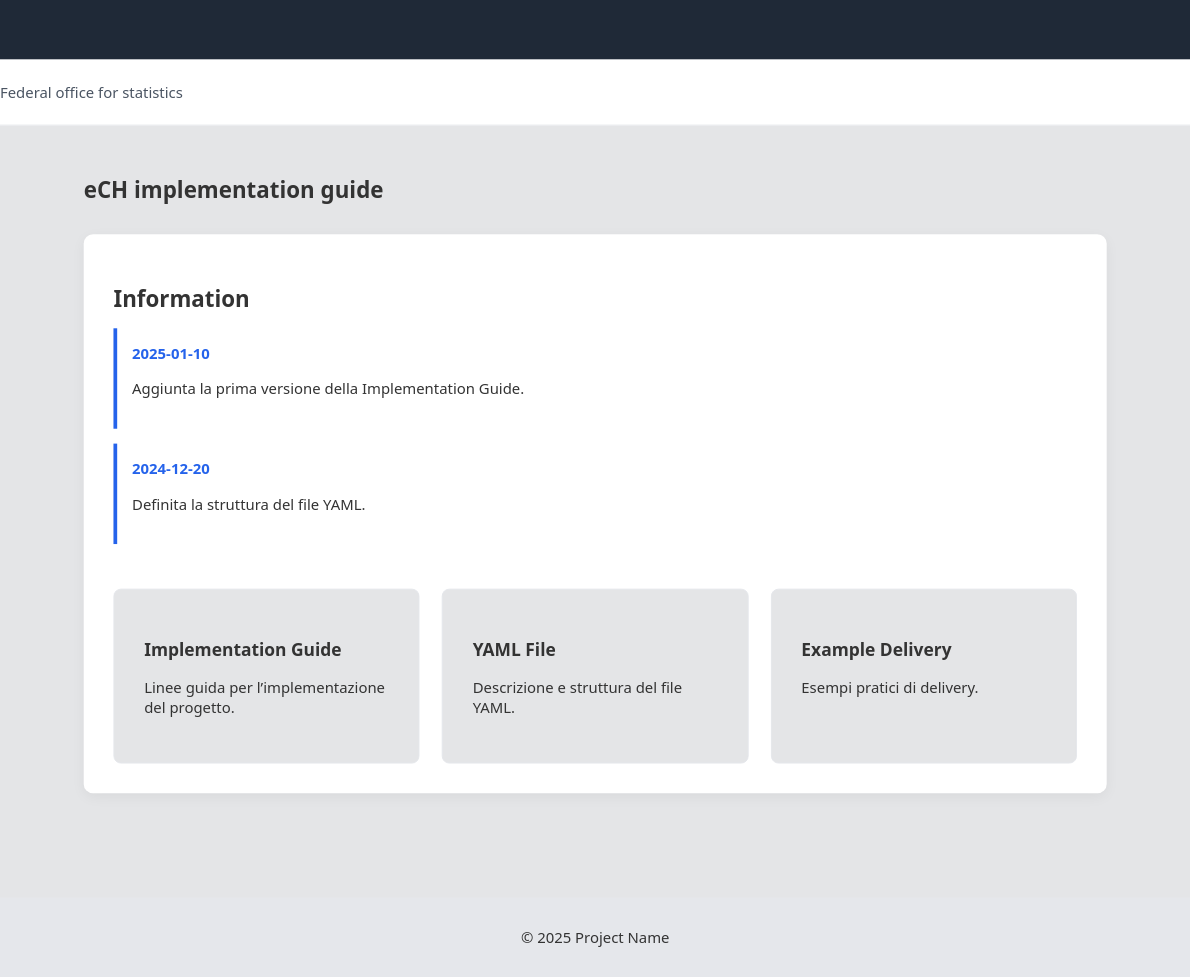
Repository: bfspoku/ech-0252-docs
Page: index.html
An editor plug-in stored every save of this project. The page is shown before and after the next save, followed by the edit.
The browser window is 1280 px wide. The pictures show the whole page, at 93% of full size.

Above is the page before, as saved 2025-12-16 15:41:56.

### index.html
<!-- LINK FOR FONTS -->
<link rel="preconnect" href="https://fonts.googleapis.com">
<link rel="preconnect" href="https://fonts.gstatic.com" crossorigin>
<link href="https://fonts.googleapis.com/css2?family=Noto+Sans:ital,wght@0,400;0,600;0,700;1,400&display=swap" rel="stylesheet">
<!-- LINK FOR SVG -->
<link rel="stylesheet" href="https://cdnjs.cloudflare.com/ajax/libs/font-awesome/6.5.0/css/all.min.css">

<!DOCTYPE html>
<html lang="it">
<head>
  <meta charset="UTF-8">
  <title>eCH implementation guide</title>
  <link rel="stylesheet" href="css/style.css">
</head>
<body>

<header>

</header>

<section class="sub-banner">
      <p>Federal office for statistics</p>
</section>


<main>
    <h2>eCH implementation guide</h2>
    <section class = "wrapper">
    <!-- INFORMATION -->
    <section class="information">
        <h2>Information</h2>

        <ul class="updates">
        <li>
            <span class="date">2025-01-10</span>
            <p>Aggiunta la prima versione della Implementation Guide.</p>
        </li>
        <li>
            <span class="date">2024-12-20</span>
            <p>Definita la struttura del file YAML.</p>
        </li>
        </ul>
    </section>

    <!-- CARDS -->
    <section class="cards">
        <a class="card" href="implementation-guide.html">
        <h3>Implementation Guide</h3>
        <p>Linee guida per l’implementazione del progetto.</p>
        </a>

        <a class="card" href="yaml-file.html">
        <h3>YAML File</h3>
        <p>Descrizione e struttura del file YAML.</p>
        </a>

        <a class="card" href="example-delivery.html">
        <h3>Example Delivery</h3>
        <p>Esempi pratici di delivery.</p>
        </a>
    </section>

    </section>

</main>

<footer>
  <p>© 2025 Project Name</p>
</footer>

</body>
</html>

### css/style.css
body {
    font-family: 'Noto Sans', system-ui, -apple-system, BlinkMacSystemFont,
    'Segoe UI', Roboto, Ubuntu, Cantarell, 'Helvetica Neue',
    Arial, sans-serif;
    margin: 0;
    background: #e4e5e7;
    color: #333;
  }

  header {
    background: #1f2937;
    color: white;
    padding: 2rem;
  }

  /* SUB-BANNER */
  .sub-banner {
    background-color: white;   /* bianco puro */
    padding: 1.5rem 0;         /* verticale */
    border-bottom: 1px solid #e5e7eb; /* linea di separazione */
  }

  .sub-banner h2 {
    margin: 0 0 0.5rem 0;
    font-weight: 600;
    color: #111827;
  }

  .sub-banner p {
    margin: 0;
    color: #4b5563;
    font-size: 16px;
  }

  main {
    padding: 2rem;
    max-width: 1100px;
    margin: auto;
  }

  h1, h2 {
    margin-bottom: 1rem;
  }

  /* Main wrapper for all the pages */
  .wrapper {
    max-width: 1100px;      /* larghezza massima */
    margin: 2rem auto;      /* centrato orizzontalmente, margine verticale */
    padding: 2rem;          /* spazio interno */
    background-color: #ffffff;  /* bianco-beige chiaro */
    border-radius: 10px;    /* angoli arrotondati */
    box-shadow: 0 4px 15px rgba(0,0,0,0.05); /* leggero effetto profondità */
  }

  /* INFORMATION */
  .information {
    margin-bottom: 3rem;
  }

  .updates {
    list-style: none;
    padding: 0;
  }

  .updates li {
    background: white;
    padding: 1rem;
    border-left: 4px solid #2563eb;
    margin-bottom: 1rem;
  }

  .date {
    font-weight: bold;
    color: #2563eb;
  }

  /* CARDS */
  .cards {
    display: grid;
    grid-template-columns: repeat(auto-fit, minmax(250px, 1fr));
    gap: 1.5rem;
  }

  .card {
    background: #e4e5e7;
    padding: 2rem;
    text-decoration: none;
    color: inherit;
    border: 1px solid #e5e7eb;
    border-radius: 8px;
    transition: transform 0.2s, box-shadow 0.2s;
  }

  .card:hover {
    transform: translateY(-5px);
    box-shadow: 0 10px 20px rgba(0,0,0,0.1);
  }

  footer {
    text-align: center;
    padding: 1rem;
    background: #e5e7eb;
    margin-top: 3rem;
  }

After the next save:
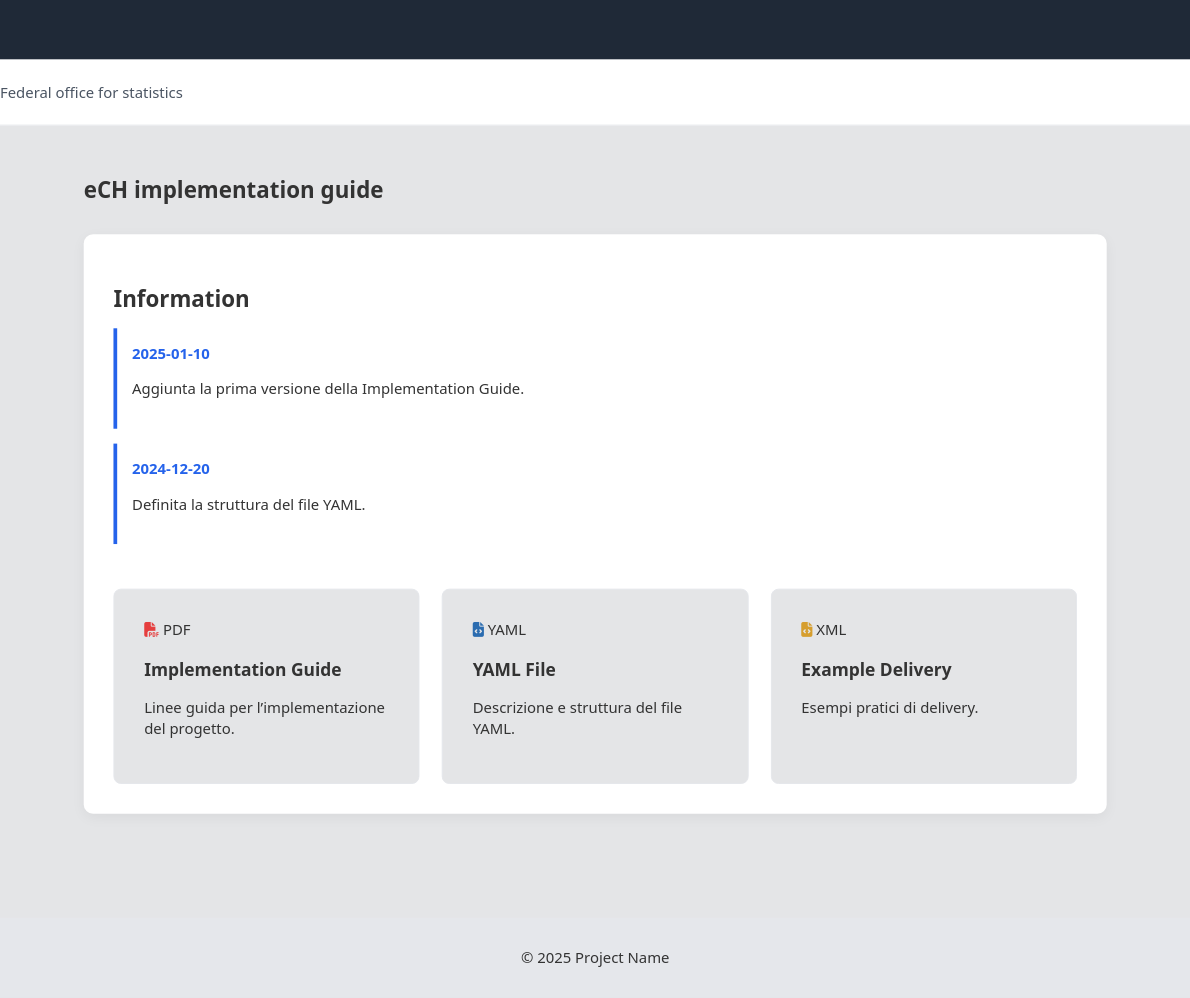
Saved 47 s later.
--- a/index.html
+++ b/index.html
@@ -45,16 +45,19 @@
     <!-- CARDS -->
     <section class="cards">
         <a class="card" href="implementation-guide.html">
+        <i class="fas fa-file-pdf" style="color:#E53E3E;"></i> PDF
         <h3>Implementation Guide</h3>
         <p>Linee guida per l’implementazione del progetto.</p>
         </a>
 
         <a class="card" href="yaml-file.html">
+        <i class="fas fa-file-code" style="color:#2B6CB0;"></i> YAML
         <h3>YAML File</h3>
         <p>Descrizione e struttura del file YAML.</p>
         </a>
 
         <a class="card" href="example-delivery.html">
+        <i class="fas fa-file-code" style="color:#D69E2E;"></i> XML
         <h3>Example Delivery</h3>
         <p>Esempi pratici di delivery.</p>
         </a>
